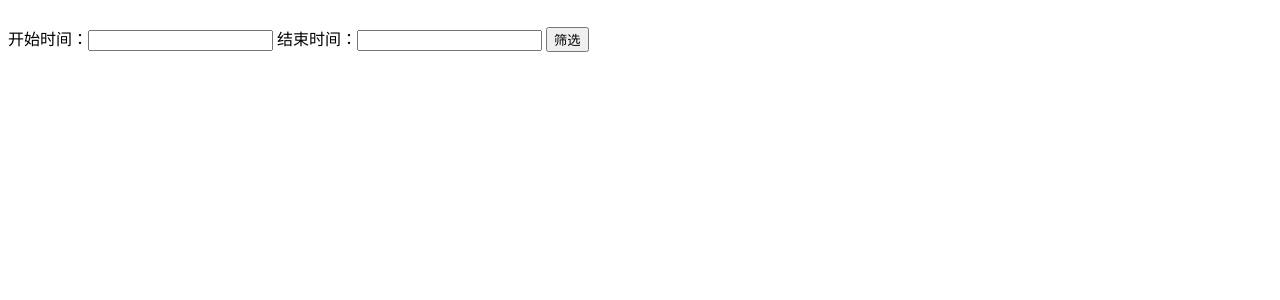
Repository: ruanhuabin/IntelliEyeShade
Page: http://localhost/IntelliEyeShade/statistics/statistics_filter.jsp
These files come from the project's save history. The page is drawn as it stood at one moment and after the next save; the edit follows.
The browser window is 1280 px wide. The pictures show the whole page.
The page is served by Tomcat 9. Nobody is signed in. The application's start-up code is not run. Other server files are loaded and not shown.

Above is the page before, as saved 2016-11-22 02:45:42.

### IntelliEyeShade/WebRoot/statistics/statistics_filter.jsp
<%@ page language="java" import="java.util.*" contentType="text/html; charset=utf-8" %>
<%@ taglib prefix="s" uri="/struts-tags"%>
<%
String path = request.getContextPath();
String basePath = request.getScheme()+"://"+request.getServerName()+":"+request.getServerPort()+path+"/";
%>
<!DOCTYPE html>
<html>
	<meta http-equiv="content-type" content="text/html;charset=UTF-8">
	<link rel="stylesheet" type="text/css" href="../css/default.css" />
<head>
<script type="text/javascript">
function check()
{
	//alert("check body");

	var startDate = document.filter.starttime.value;
	var endDate = document.filter.endtime.value;

	var t1 = new Date(startDate.replace(/\-/g, "\/"));
	var t2 = new Date(endDate.replace(/\-/g, "\/"));

	if(startDate == "" || endDate == "")
	{
		alert("请选择开始时间或者结束时间");
		return false;

	}

	 if(startDate!="" && endDate!="" && t1 >=t2)
	 {
		  alert("开始时间不能大于结束时间！");
		  return false;
	 }



	return false;
}


function getSelectFilter(sel)
{


	var typeSelect = sel.value;

	//alert(typeSelect);

	if(typeSelect == "deviceID")
	{

		//alert("You select: " + typeSelect);
		document.filter.starttime.style.display = "none";
	}

	if(typeSelect == "bindingStatus")
	{
		document.filter.starttime.style.display = "";
		document.filter.keyword.style.display="";
	}




	return false;
}
</script>

</head>



<body>


<script type="text/javascript" src="../js/Calendar3.js"></script>
<div style="width:40px; display:inline-block;">
</div>
<form name="filter" action="<%=path%>/statistics/Statistics_query.action" method="post">
开始时间：<input name="starttime" type="text" id="control_date" size="20"
      maxlength="10" onclick="new Calendar().show(this);" readonly="readonly" />

      <input name="keyword" size="20" type="text" style="display:none" value="abc"/>

结束时间：<input name="endtime" type="text" id="control_date" size="20"
      maxlength="10" onclick="new Calendar().show(this);" readonly="readonly" />

<input type="submit" value="筛选" onclick="return check()"/>
</form>

</body>
</html>

### IntelliEyeShade/WebRoot/css/default.css
/* 基本样式 */


/* 去掉图片、表单边框 */
img, form {
	margin:0;
	padding:0;
	border:0;
}

/* 超链接 */
a {
	text-decoration: none;
}
a:link, a:visited {
	color:#063685;
	text-decoration:none;
}
a:hover, a:active {
	color:#FF5500;
	text-decoration:underline;
}

/* 表格 */
table.default {
	border:1px solid #0283c5;
	border-collapse:collapse;
	margin-top:5px;
}
table.default td, table.default tr.style1 td {
	padding:2 5 2 5;
	height:26px;
	border:1px solid #ffffff;
}
table.default tr, table.default tr.style1{
	background-color:#f0f0f0;
}
table.default tr.style0{
	background-color:#dfdfdf;
}
table.default tr.title td, table.default tr.ltitle td {
	font-weight:bold;
	background:#0283c5;
	color:#ffffff;
	border:1px solid #ffffff;
	white-space:nowrap;
	height:26px;
	line-height:26px;
	vertical-align:middle;
}
table.default tr.ltitle td {
	text-align:left;
}
table.default tr.title td {
	text-align:center;
	line-height:26px;
	vertical-align:middle;
}
table.default tr.subtitle td ,table.default tr.lsubtitle td {
	font-weight:bold;
	background:#69f;
	color:#ffffff;
	border:1px solid #ffffff;
	white-space:nowrap;
	height:26px;
	line-height:26px;
	vertical-align:middle;
}
table.default tr.lsubtitle td {
	text-align:left;
}
table.default tr.subtitle td {
	text-align:center;
}

table.default tr.strong td {
	font-weight:bold;
	background:#DDD;
}

table.default tr.stronghl td {
	font-weight:bold;
	background:#FFCC99;
	text-align:center;
}

table.default tr.hl td {
	background:#ffffcc/*#FFFF99*/;
}

table.default td.item {
	font-weight:bold;
	color:#333333;
	text-align:right;
}

table.default td.text {
	line-height:150%;
}

table.default td.opt {
	background:#FFFF99;
	padding-right:10px;
}

table.explain {
	margin-top:5px;
	margin-bottom:5px;
}
table.explain td {
	font-family:宋体;
	font-size:12px;
	border:1px solid #333333;
	background:#f0f0f0;
	padding:8px;
	line-height:120%;
}

table.pages {
	border:0;
}
table.pages td {
	height:26px;
}

table.reswb {
	border:1px solid #0283c5;
	border-collapse:collapse;
	margin-top:10px;
}

table.reswb tr.title td {
	padding:2 5 2 5;
	font-weight:bold;
	background:#0283c5;
	color:#ffffff;
	border:1px solid #ffffff;
	white-space:nowrap;
	height:26px;
	line-height:26px;
	vertical-align:middle;
}

table.default tr.list{
	text-align: center;
	line-height:26px;
	vertical-align:middle;
}

/* 普通信息 */
div.info {
	padding:5px 5px 5px 2px;
	margin-top:10px;
}

/* 前台导航用 */
.tdnormal {
	border-bottom:1px solid white;
}

.tdselected {
	border:1px solid white;
	border-bottom:0;
	font-weight:bold;
}
.navtab td {
	height:30px;
	color:white;
	font-size:9pt;
	text-align:center;
}
a.navbar, a.navbar:visited, a.navbar:active {text-decoration: none;color:#FFF;}
a.navbar:hover {text-decoration: underline;color:#FFF;}


/* 错误信息 */
.errorBox {
	border:1px solid #ff0000;
	padding:5px;
	background:#FFCCCC;
}
.errorMessage {
	color:#cc0000;
}
ul {
	margin-left:30px;
	margin-top:0;
	margin-bottom:0;
}

/* 分页页码样式 */
.selectedPage {
	border:1px solid #999999;
	background:#ffffcc;
	color:#000000;
	padding:0 3px 2px 3px;
}
.noSelectedPage {
	padding:0 3px 0 3px;
}
a.page {
	font-size:12px;
	text-decoration: none;
}
a.page:link, a.page:visited {
	color:#0044DD;
	text-decoration:none;
}
a.page:hover, a.page:active {
	color:#FF5500;
	text-decoration:none;
}

/* 表单元素样式 */
.input_text {
	width:200px;
	margin-right:5px;
}
.notNull {
	color:red;
}
.notice {
	color:#20A8F0;
}

/* 后台任务链接样式 */
a.navlink {
	font-family:宋体;
	height:25px;
	font-weight:normal;
	letter-spacing:1px;
	padding:4 5 0 5;
	background:#e0e0e0;
	border:2px outset;
	FILTER: progid:DXImageTransform.Microsoft.Gradient(GradientType=0, StartColorStr=#ffffff, EndColorStr=#20A8F0);
}

a.navlink {text-decoration: none;color:#000000;}
a.navlink:visited {text-decoration: none;color:#000000;}
a.navlink:active {text-decoration: none;color:#0044DD;}
a.navlink:hover {text-decoration: none;color:#FF5500;}

/* 操作按钮 */
div.oper {
	margin:5px;
	text-align:right;
}

div.oper input {
	margin-left:5px;
	margin-right:5px;
}

/* 背景色 */
.fbg {
	background:#065FB9;
}
.bbg {
	background:#04477C;
}

/* tooltip */
/*
span.tip {
	cursor:default;
}
#tooltip {
	position: absolute;
	z-index: 3000;
	border: 1px solid #111;
	background-color: #eee;
	padding: 5px;
	opacity: 0.85;
}
#tooltip h3, #tooltip div {
	font-size:12px;
	margin: 0;
}
*/

/* 特殊高亮文本 */
span.spec {
	color:#003399;
}

/* 特殊灰色文本 */
span.gray {
	color:#666;
}

/* 黄色背景 */
.bg1 {
	background:#FFCC99;/*#FFFF99;*/
}

/* 绿色背景 */
.bg2 {
	background:#99CC99;
}

/* 文章样式 */

div.title {
	font-size:16px;
	font-weight:bold;
	background:#FFFF99;
	border-bottom:2px solid #000;
	padding:5px;
	margin-bottom:10px;
}

div.content {
	font-size:14px;
	line-height:150%;
}

div.faq-q {
	padding:5px;
	background:#DDD;
	font-weight:bold;
}

div.faq-a {
	padding:5px;
	line-height:150%;
	font-size:16px;
}

/* 问卷样式 */
.option {
	margin-right:10px;
}

.answer {
	background:#060;
	color:white;
	font-weight:bold;
	padding:2px;
}

table.stat {
	border-collapse:collapse;
}
table.stat td {
	border:0;
	padding-left:20px;
}
hr.percent {
	height:10px;
	color:#093;
	border:1px solid black;
}

td.indent {
	padding-left:10px;
}

#page_explain {
	display:none;
}

#navDiv {
	color:#333;
	padding-left:10px;
	line-height:30px;
	background:#CCFF99;
	border-bottom:1px solid #065FB9;
	height:30px;
	padding-top:6px;
}
/*--------分页样式-----------*/
.pager-top {
    overflow:hidden;
    padding:5px 10px 0;
    color:#333333;
    font-family:Tahoma,Verdana,sans-serif,simsun;
    font-size:12px;
    margin-top:10px;
    border-bottom:1px solid #D8DFEA;
}
.pager-top span {
    float:left;
    padding-bottom:6px;
}
.pagerpro {
    float:right;
    list-style-image:none;
    list-style-position:outside;
    list-style-type:none;
    margin:0;
    padding:0;
}
.pagerpro li {
    display:inline;
    float:left;
}
.pagerpro li a.chn {
    font-size:12px;
}
.pagerpro li a {
    display:block;
    font-size:11px;
    padding:3px 3px 2px;
    color:#005EAC;
    text-decoration:none;
}
.pagerpro li a.chn:hover {
    border-bottom:1px solid #005EAC;
}
.pagerpro li a:hover {
    background:#005EAC none repeat scroll 0 0;
    border-bottom:2px solid #005EAC;
    border-color:#D8DFEA #D8DFEA #005EAC;
    color:#FFFFFF;
    text-decoration:none;
}
.pagerpro li.current a, .pagerpro li.current a:hover {
    background:transparent none repeat scroll 0 0;
    border-bottom:2px solid #005EAC;
    border-color:#005EAC;
    color:#005EAC;
    font-weight:700;
    padding-left:2px;
    padding-right:2px;
}
.marquee_txt{
	font-size:12px;
	font-family:"微软雅黑";
	margin-top:5px;
	margin-left:auto;
    margin-right:auto;
    width:222px;
}

### IntelliEyeShade/WebRoot/js/Calendar3.js

/////////////////////////调用实例
//        <div>
//                <span>交易查询：</span> <span>从
//                    <input name="control_date" type="text" id="control_date" size="10"
//                        maxlength="10" onclick="new Calendar().show(this);" readonly="readonly" />
//                    <input type="button" name="button" id="button" value="button" onclick="new Calendar().show(this.form.control_date);" /></span>
//                <span>至
//                    <input name="control_date2" type="text" id="control_date2" size="10"
//                        maxlength="10" onclick="new Calendar().show(this);" readonly="readonly" />
//                    <input type="button" name="button" id="button1" value="button" onclick="new Calendar().show(this.form.control_date2);" /></span>

//        </div>


/**
 * Calendar
 * @param   beginYear           1990
 * @param   endYear             2010
 * @param   language            0(zh_cn)|1(en_us)|2(en_en)|3(zh_tw)
 * @param   patternDelimiter    "-"
 * @param   date2StringPattern  "yyyy-MM-dd"
 * @param   string2DatePattern  "ymd"
 * @version 1.0 build 2006-04-01
 * @version 1.1 build 2006-12-17
 * @author  KimSoft (jinqinghua [at] gmail.com)
 * NOTE!    you can use it free, but keep the copyright please
 * IMPORTANT:you must include this script file inner html body elment
 */
function Calendar(beginYear, endYear, language, patternDelimiter, date2StringPattern, string2DatePattern) {
	this.beginYear = beginYear || 1990;
	this.endYear   = endYear   || 2020;
	this.language  = language  || 0;
	this.patternDelimiter = patternDelimiter     || "-";
	this.date2StringPattern = date2StringPattern || Calendar.language["date2StringPattern"][this.language].replace(/\-/g, this.patternDelimiter);
	this.string2DatePattern = string2DatePattern || Calendar.language["string2DatePattern"][this.language];

	this.dateControl = null;
	this.panel  = this.getElementById("__calendarPanel");
	this.iframe = window.frames["__calendarIframe"];
	this.form   = null;

	this.date = new Date();
	this.year = this.date.getFullYear();
	this.month = this.date.getMonth();

	this.colors = {"bg_cur_day":"#00CC33","bg_over":"#EFEFEF","bg_out":"#FFCC00"}
};

Calendar.language = {
	"year"   : ["\u5e74", "", "", "\u5e74"],
	"months" : [
				["\u4e00\u6708","\u4e8c\u6708","\u4e09\u6708","\u56db\u6708","\u4e94\u6708","\u516d\u6708","\u4e03\u6708","\u516b\u6708","\u4e5d\u6708","\u5341\u6708","\u5341\u4e00\u6708","\u5341\u4e8c\u6708"],
				["JAN","FEB","MAR","APR","MAY","JUN","JUL","AUG","SEP","OCT","NOV","DEC"],
				["JAN","FEB","MAR","APR","MAY","JUN","JUL","AUG","SEP","OCT","NOV","DEC"],
				["\u4e00\u6708","\u4e8c\u6708","\u4e09\u6708","\u56db\u6708","\u4e94\u6708","\u516d\u6708","\u4e03\u6708","\u516b\u6708","\u4e5d\u6708","\u5341\u6708","\u5341\u4e00\u6708","\u5341\u4e8c\u6708"]
				],
	"weeks"  : [["\u65e5","\u4e00","\u4e8c","\u4e09","\u56db","\u4e94","\u516d"],
				["Sun","Mon","Tur","Wed","Thu","Fri","Sat"],
				["Sun","Mon","Tur","Wed","Thu","Fri","Sat"],
				["\u65e5","\u4e00","\u4e8c","\u4e09","\u56db","\u4e94","\u516d"]
		],
	"clear"  : ["\u6e05\u7a7a", "Clear", "Clear", "\u6e05\u7a7a"],
	"today"  : ["\u4eca\u5929", "Today", "Today", "\u4eca\u5929"],
	"close"  : ["\u5173\u95ed", "Close", "Close", "\u95dc\u9589"],
	"date2StringPattern" : ["yyyy-MM-dd", "yyyy-MM-dd", "yyyy-MM-dd", "yyyy-MM-dd"],
	"string2DatePattern" : ["ymd","ymd", "ymd", "ymd"]
};

Calendar.prototype.draw = function() {
	calendar = this;

	var _cs = [];
	_cs[_cs.length] = '<form id="__calendarForm" name="__calendarForm" method="post">';
	_cs[_cs.length] = '<table id="__calendarTable" width="100%" border="0" cellpadding="3" cellspacing="1" align="center">';
	_cs[_cs.length] = ' <tr>';
	_cs[_cs.length] = '  <th><input class="l" name="goPrevMonthButton" type="button" id="goPrevMonthButton" value="&lt;" \/><\/th>';
	_cs[_cs.length] = '  <th colspan="5"><select class="year" name="yearSelect" id="yearSelect"><\/select><select class="month" name="monthSelect" id="monthSelect"><\/select><\/th>';
	_cs[_cs.length] = '  <th><input class="r" name="goNextMonthButton" type="button" id="goNextMonthButton" value="&gt;" \/><\/th>';
	_cs[_cs.length] = ' <\/tr>';
	_cs[_cs.length] = ' <tr>';
	for(var i = 0; i < 7; i++) {
		_cs[_cs.length] = '<th class="theader">';
		_cs[_cs.length] = Calendar.language["weeks"][this.language][i];
		_cs[_cs.length] = '<\/th>';
	}
	_cs[_cs.length] = '<\/tr>';
	for(var i = 0; i < 6; i++){
		_cs[_cs.length] = '<tr align="center">';
		for(var j = 0; j < 7; j++) {
			switch (j) {
				case 0: _cs[_cs.length] = '<td class="sun">&nbsp;<\/td>'; break;
				case 6: _cs[_cs.length] = '<td class="sat">&nbsp;<\/td>'; break;
				default:_cs[_cs.length] = '<td class="normal">&nbsp;<\/td>'; break;
			}
		}
		_cs[_cs.length] = '<\/tr>';
	}
	_cs[_cs.length] = ' <tr>';
	_cs[_cs.length] = '  <th colspan="2"><input type="button" class="b" name="clearButton" id="clearButton" \/><\/th>';
	_cs[_cs.length] = '  <th colspan="3"><input type="button" class="b" name="selectTodayButton" id="selectTodayButton" \/><\/th>';
	_cs[_cs.length] = '  <th colspan="2"><input type="button" class="b" name="closeButton" id="closeButton" \/><\/th>';
	_cs[_cs.length] = ' <\/tr>';
	_cs[_cs.length] = '<\/table>';
	_cs[_cs.length] = '<\/form>';

	this.iframe.document.body.innerHTML = _cs.join("");
	this.form = this.iframe.document.forms["__calendarForm"];

	this.form.clearButton.value = Calendar.language["clear"][this.language];
	this.form.selectTodayButton.value = Calendar.language["today"][this.language];
	this.form.closeButton.value = Calendar.language["close"][this.language];

	this.form.goPrevMonthButton.onclick = function () {calendar.goPrevMonth(this);}
	this.form.goNextMonthButton.onclick = function () {calendar.goNextMonth(this);}
	this.form.yearSelect.onchange = function () {calendar.update(this);}
	this.form.monthSelect.onchange = function () {calendar.update(this);}

	this.form.clearButton.onclick = function () {calendar.dateControl.value = "";calendar.hide();}
	this.form.closeButton.onclick = function () {calendar.hide();}
	this.form.selectTodayButton.onclick = function () {
		var today = new Date();
		calendar.date = today;
		calendar.year = today.getFullYear();
		calendar.month = today.getMonth();
		calendar.dateControl.value = today.format(calendar.date2StringPattern);
		calendar.hide();
	}
};

Calendar.prototype.bindYear = function() {
	var ys = this.form.yearSelect;
	ys.length = 0;
	for (var i = this.beginYear; i <= this.endYear; i++){
		ys.options[ys.length] = new Option(i + Calendar.language["year"][this.language], i);
	}
};

Calendar.prototype.bindMonth = function() {
	var ms = this.form.monthSelect;
	ms.length = 0;
	for (var i = 0; i < 12; i++){
		ms.options[ms.length] = new Option(Calendar.language["months"][this.language][i], i);
	}
};

Calendar.prototype.goPrevMonth = function(e){
	if (this.year == this.beginYear && this.month == 0){return;}
	this.month--;
	if (this.month == -1) {
		this.year--;
		this.month = 11;
	}
	this.date = new Date(this.year, this.month, 1);
	this.changeSelect();
	this.bindData();
};

Calendar.prototype.goNextMonth = function(e){
	if (this.year == this.endYear && this.month == 11){return;}
	this.month++;
	if (this.month == 12) {
		this.year++;
		this.month = 0;
	}
	this.date = new Date(this.year, this.month, 1);
	this.changeSelect();
	this.bindData();
};

Calendar.prototype.changeSelect = function() {
	var ys = this.form.yearSelect;
	var ms = this.form.monthSelect;
	for (var i= 0; i < ys.length; i++){
		if (ys.options[i].value == this.date.getFullYear()){
			ys[i].selected = true;
			break;
		}
	}
	for (var i= 0; i < ms.length; i++){
		if (ms.options[i].value == this.date.getMonth()){
			ms[i].selected = true;
			break;
		}
	}
};

Calendar.prototype.update = function (e){
	this.year  = e.form.yearSelect.options[e.form.yearSelect.selectedIndex].value;
	this.month = e.form.monthSelect.options[e.form.monthSelect.selectedIndex].value;
	this.date = new Date(this.year, this.month, 1);
	this.changeSelect();
	this.bindData();
};

Calendar.prototype.bindData = function () {
	var calendar = this;
	var dateArray = this.getMonthViewDateArray(this.date.getFullYear(), this.date.getMonth());
	var tds = this.getElementsByTagName("td", this.getElementById("__calendarTable", this.iframe.document));
	for(var i = 0; i < tds.length; i++) {
  		tds[i].style.backgroundColor = calendar.colors["bg_over"];
		tds[i].onclick = null;
		tds[i].onmouseover = null;
		tds[i].onmouseout = null;
		tds[i].innerHTML = dateArray[i] || "&nbsp;";
		if (i > dateArray.length - 1) continue;
		if (dateArray[i]){
			tds[i].onclick = function () {
				if (calendar.dateControl){
					calendar.dateControl.value = new Date(calendar.date.getFullYear(),
														calendar.date.getMonth(),
														this.innerHTML).format(calendar.date2StringPattern);
				}
				calendar.hide();
			}
			tds[i].onmouseover = function () {this.style.backgroundColor = calendar.colors["bg_out"];}
			tds[i].onmouseout  = function () {this.style.backgroundColor = calendar.colors["bg_over"];}
			var today = new Date();
			if (today.getFullYear() == calendar.date.getFullYear()) {
				if (today.getMonth() == calendar.date.getMonth()) {
					if (today.getDate() == dateArray[i]) {
						tds[i].style.backgroundColor = calendar.colors["bg_cur_day"];
						tds[i].onmouseover = function () {this.style.backgroundColor = calendar.colors["bg_out"];}
						tds[i].onmouseout  = function () {this.style.backgroundColor = calendar.colors["bg_cur_day"];}
					}
				}
			}
		}//end if
	}//end for
};

Calendar.prototype.getMonthViewDateArray = function (y, m) {
	var dateArray = new Array(42);
	var dayOfFirstDate = new Date(y, m, 1).getDay();
	var dateCountOfMonth = new Date(y, m + 1, 0).getDate();
	for (var i = 0; i < dateCountOfMonth; i++) {
		dateArray[i + dayOfFirstDate] = i + 1;
	}
	return dateArray;
};

Calendar.prototype.show = function (dateControl, popuControl) {
	if (this.panel.style.visibility == "visible") {
		this.panel.style.visibility = "hidden";
	}
	if (!dateControl){
		throw new Error("arguments[0] is necessary!")
	}
	this.dateControl = dateControl;
	popuControl = popuControl || dateControl;

	this.draw();
	this.bindYear();
	this.bindMonth();
	if (dateControl.value.length > 0){
		this.date  = new Date(dateControl.value.toDate(this.patternDelimiter, this.string2DatePattern));
		this.year  = this.date.getFullYear();
		this.month = this.date.getMonth();
	}
	this.changeSelect();
	this.bindData();

	var xy = this.getAbsPoint(popuControl);
	this.panel.style.left = xy.x + "px";
	this.panel.style.top = (xy.y + dateControl.offsetHeight) + "px";
	this.panel.style.visibility = "visible";
};

Calendar.prototype.hide = function() {
	this.panel.style.visibility = "hidden";
};

Calendar.prototype.getElementById = function(id, object){
	object = object || document;
	return document.getElementById ? object.getElementById(id) : document.all(id);
};

Calendar.prototype.getElementsByTagName = function(tagName, object){
	object = object || document;
	return document.getElementsByTagName ? object.getElementsByTagName(tagName) : document.all.tags(tagName);
};

Calendar.prototype.getAbsPoint = function (e){
	var x = e.offsetLeft;
	var y = e.offsetTop;
	while(e = e.offsetParent){
		x += e.offsetLeft;
		y += e.offsetTop;
	}
	return {"x": x, "y": y};
};

/**
 * @param   d the delimiter
 * @param   p the pattern of your date
 * @author  meizz
 * @author  kimsoft add w+ pattern
 */
Date.prototype.format = function(style) {
	var o = {
		"M+" : this.getMonth() + 1, //month
		"d+" : this.getDate(),      //day
		"h+" : this.getHours(),     //hour
		"m+" : this.getMinutes(),   //minute
		"s+" : this.getSeconds(),   //second
		"w+" : "\u65e5\u4e00\u4e8c\u4e09\u56db\u4e94\u516d".charAt(this.getDay()),   //week
		"q+" : Math.floor((this.getMonth() + 3) / 3),  //quarter
		"S"  : this.getMilliseconds() //millisecond
	}
	if (/(y+)/.test(style)) {
		style = style.replace(RegExp.$1, (this.getFullYear() + "").substr(4 - RegExp.$1.length));
	}
	for(var k in o){
		if (new RegExp("("+ k +")").test(style)){
			style = style.replace(RegExp.$1, RegExp.$1.length == 1 ? o[k] : ("00" + o[k]).substr(("" + o[k]).length));
		}
	}
	return style;
};

/**
 * @param d the delimiter
 * @param p the pattern of your date
 * @rebuilder kimsoft
 * @version build 2006.12.15
 */
String.prototype.toDate = function(delimiter, pattern) {
	delimiter = delimiter || "-";
	pattern = pattern || "ymd";
	var a = this.split(delimiter);
	var y = parseInt(a[pattern.indexOf("y")], 10);
	//remember to change this next century ;)
	if(y.toString().length <= 2) y += 2000;
	if(isNaN(y)) y = new Date().getFullYear();
	var m = parseInt(a[pattern.indexOf("m")], 10) - 1;
	var d = parseInt(a[pattern.indexOf("d")], 10);
	if(isNaN(d)) d = 1;
	return new Date(y, m, d);
};

document.writeln('<div id="__calendarPanel" style="position:absolute;visibility:hidden;z-index:9999;background-color:#FFFFFF;border:1px solid #666666;width:200px;height:216px;">');
document.writeln('<iframe name="__calendarIframe" id="__calendarIframe" width="100%" height="100%" scrolling="no" frameborder="0" style="margin:0px;"><\/iframe>');
var __ci = window.frames['__calendarIframe'];
__ci.document.writeln('<!DOCTYPE html PUBLIC "-\/\/W3C\/\/DTD XHTML 1.0 Transitional\/\/EN" "http:\/\/www.w3.org\/TR\/xhtml1\/DTD\/xhtml1-transitional.dtd">');
__ci.document.writeln('<html xmlns="http:\/\/www.w3.org\/1999\/xhtml">');
__ci.document.writeln('<head>');
__ci.document.writeln('<meta http-equiv="Content-Type" content="text\/html; charset=utf-8" \/>');
__ci.document.writeln('<title>Web Calendar(UTF-8) Written By KimSoft<\/title>');
__ci.document.writeln('<style type="text\/css">');
__ci.document.writeln('<!--');
__ci.document.writeln('body {font-size:12px;margin:0px;text-align:center;}');
__ci.document.writeln('form {margin:0px;}');
__ci.document.writeln('select {font-size:12px;background-color:#EFEFEF;}');
__ci.document.writeln('table {border:0px solid #CCCCCC;background-color:#FFFFFF}');
__ci.document.writeln('th {font-size:12px;font-weight:normal;background-color:#FFFFFF;}');
__ci.document.writeln('th.theader {font-weight:normal;background-color:#666666;color:#FFFFFF;width:24px;}');
__ci.document.writeln('select.year {width:64px;}');
__ci.document.writeln('select.month {width:60px;}');
__ci.document.writeln('td {font-size:12px;text-align:center;}');
__ci.document.writeln('td.sat {color:#0000FF;background-color:#EFEFEF;}');
__ci.document.writeln('td.sun {color:#FF0000;background-color:#EFEFEF;}');
__ci.document.writeln('td.normal {background-color:#EFEFEF;}');
__ci.document.writeln('input.l {border: 1px solid #CCCCCC;background-color:#EFEFEF;width:20px;height:20px;}');
__ci.document.writeln('input.r {border: 1px solid #CCCCCC;background-color:#EFEFEF;width:20px;height:20px;}');
__ci.document.writeln('input.b {border: 1px solid #CCCCCC;background-color:#EFEFEF;width:100%;height:20px;}');
__ci.document.writeln('-->');
__ci.document.writeln('<\/style>');
__ci.document.writeln('<\/head>');
__ci.document.writeln('<body>');
__ci.document.writeln('<\/body>');
__ci.document.writeln('<\/html>');
__ci.document.close();
document.writeln('<\/div>');
var calendar = new Calendar();
//-->

After the next save:
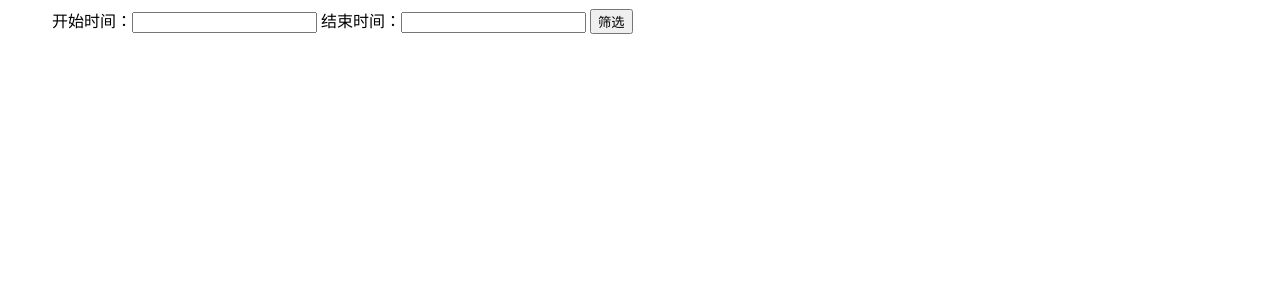
Saved 48 s later.
--- a/IntelliEyeShade/WebRoot/statistics/statistics_filter.jsp
+++ b/IntelliEyeShade/WebRoot/statistics/statistics_filter.jsp
@@ -77,6 +77,7 @@ function getSelectFilter(sel)
 <script type="text/javascript" src="../js/Calendar3.js"></script>
 <div style="width:40px; display:inline-block;">
 </div>
+<div style="width:600px; display:inline-block;">
 <form name="filter" action="<%=path%>/statistics/Statistics_query.action" method="post">
 开始时间：<input name="starttime" type="text" id="control_date" size="20"
       maxlength="10" onclick="new Calendar().show(this);" readonly="readonly" />
@@ -88,6 +89,7 @@ function getSelectFilter(sel)
 
 <input type="submit" value="筛选" onclick="return check()"/>
 </form>
+</div>
 
 </body>
 </html>
